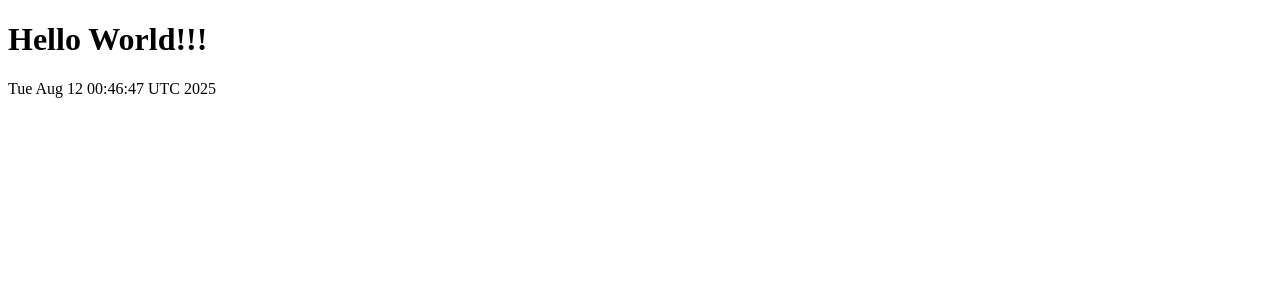
Repository: daehyuk1231/lect_labs_java
Page: http://localhost/java_web/helloworld.jsp
The author's editor kept a copy of each file at every save. The page is drawn from the files as they stood at one save, then again after the next save.
The browser window is 1280 px wide. The pictures show the whole page.
The page is served by Tomcat 9. Other server files are loaded and not shown.

Above is the page before, as saved 2025-08-13 03:23:00.

### java_web/src/main/webapp/helloworld.jsp
<%@ page language="java" contentType="text/html; charset=UTF-8"
	pageEncoding="UTF-8"%>
<%@ page import="java.util.Date"%>
<!DOCTYPE html>
<html>
<head>
<meta charset="UTF-8">
<title>Insert title here</title>
</head>
<body>
	<div style="text-align: centeSr">
		<h1>Hello World!!!</h1>
		<span><%=new Date()%></span>
	</div>
</body>
</html>

After the next save:
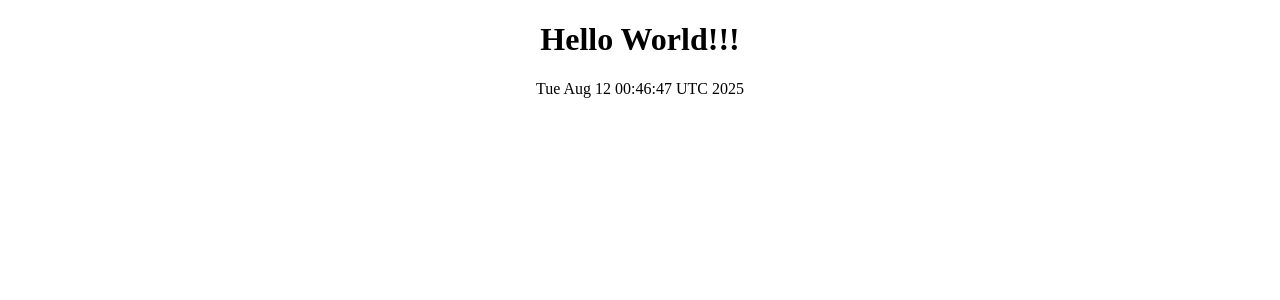
Saved 71 s later.
--- a/java_web/src/main/webapp/helloworld.jsp
+++ b/java_web/src/main/webapp/helloworld.jsp
@@ -8,7 +8,7 @@
 <title>Insert title here</title>
 </head>
 <body>
-	<div style="text-align: centeSr">
+	<div style="text-align: center">
 		<h1>Hello World!!!</h1>
 		<span><%=new Date()%></span>
 	</div>
